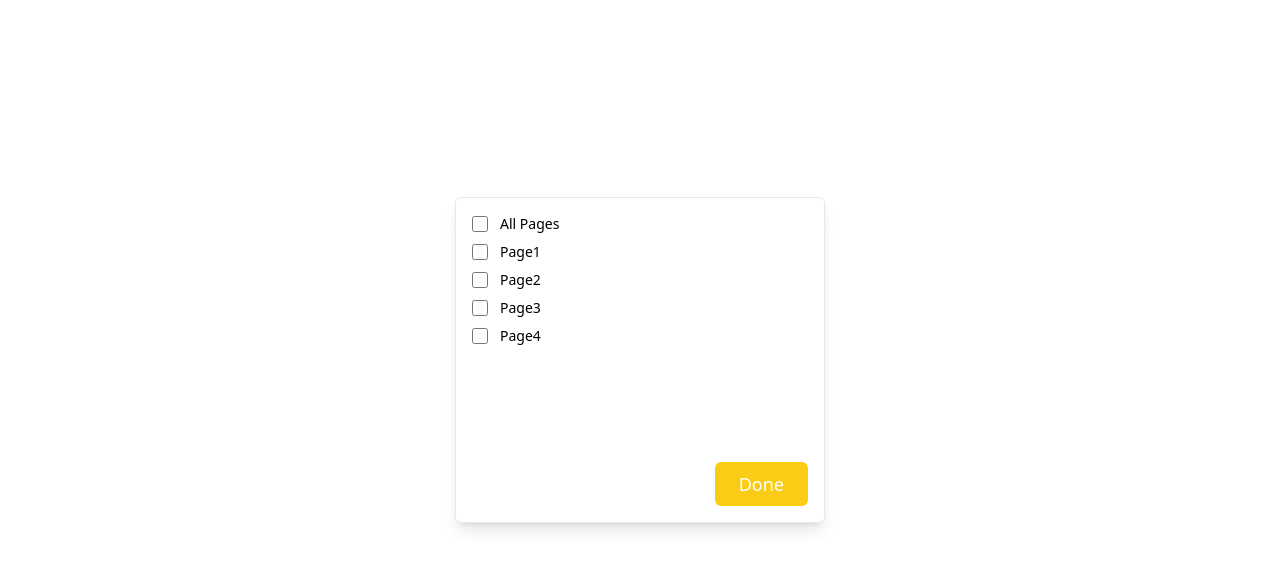
Repository: Tabishhaider72/Ellty-Test
Page: /
The author's editor kept a copy of each file at every save. The page is drawn from the files as they stood at one save, then again after the next save.
The browser window is 1280 px wide. The pictures show the whole page.
The project was rebuilt for these pictures with package versions that can differ from the ones it lists, and the page was loaded fresh each time. Also part of the build but not shown: vite.config.js.

Above is the page before, as saved 2024-08-28 14:21:25.

After the next save:
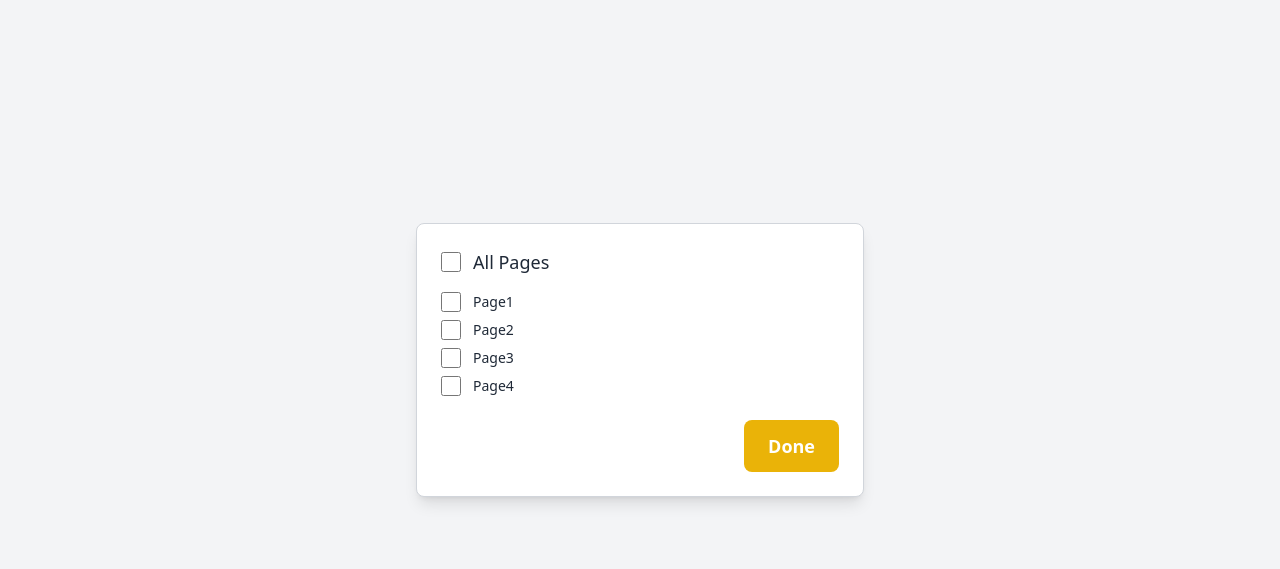
Saved 2 min 15 s later.
--- a/src/App.jsx
+++ b/src/App.jsx
@@ -27,36 +27,32 @@ function PageSelector() {
   };
 
   return (
-    <div className="flex justify-center items-center h-screen">
-      <div className="w-[370px] h-[326px] bg-white border border-gray-200 shadow-lg rounded-md p-4 flex flex-col">
-        <div className="flex justify-between items-center mb-2">
-          <label className="flex items-center space-x-3">
-            <input
-              type="checkbox"
-              checked={allChecked}
-              onChange={handleAllCheck}
-              className="h-4 w-4 text-blue-600 border-gray-300 rounded"
-            />
-            <span className="text-sm font-medium text-black">All Pages</span>
-          </label>
+    <div className="flex justify-center items-center min-h-screen bg-gray-100 p-4">
+      <div className="w-full max-w-md bg-white border border-gray-300 shadow-lg rounded-lg p-6 flex flex-col">
+        <div className="flex items-center mb-4">
+          <input
+            type="checkbox"
+            checked={allChecked}
+            onChange={handleAllCheck}
+            className="h-5 w-5 text-blue-600 border-gray-300 rounded mr-3"
+          />
+          <label className="text-lg font-medium text-gray-800">All Pages</label>
         </div>
-        <div className="overflow-y-scroll h-[164px]">
+        <div className="overflow-y-auto max-h-64 mb-4">
           {Object.keys(pages).map((page, index) => (
-            <div key={index} className="flex justify-between items-center mb-2">
-              <label className="flex items-center space-x-3">
-                <input
-                  type="checkbox"
-                  checked={pages[page]}
-                  onChange={() => handlePageCheck(page)}
-                  className="h-4 w-4 text-blue-600 border-gray-300 rounded"
-                />
-                <span className="text-sm font-medium text-black capitalize">{page}</span>
-              </label>
+            <div key={index} className="flex items-center mb-2">
+              <input
+                type="checkbox"
+                checked={pages[page]}
+                onChange={() => handlePageCheck(page)}
+                className="h-5 w-5 text-blue-600 border-gray-300 rounded mr-3"
+              />
+              <label className="text-sm font-medium text-gray-800 capitalize">{page}</label>
             </div>
           ))}
         </div>
-        <div className="mt-auto flex justify-end">
-          <button className="px-6 py-2 bg-yellow-400 text-white rounded-md text-lg font-medium hover:bg-yellow-300 focus:outline-none focus:ring-2 focus:ring-yellow-500 focus:ring-opacity-50 transition ease-in-out duration-150">
+        <div className="flex justify-end">
+          <button className="px-6 py-3 bg-yellow-500 text-white rounded-lg text-lg font-semibold hover:bg-yellow-400 focus:outline-none focus:ring-2 focus:ring-yellow-400 focus:ring-opacity-50 transition ease-in-out duration-150">
             Done
           </button>
         </div>
